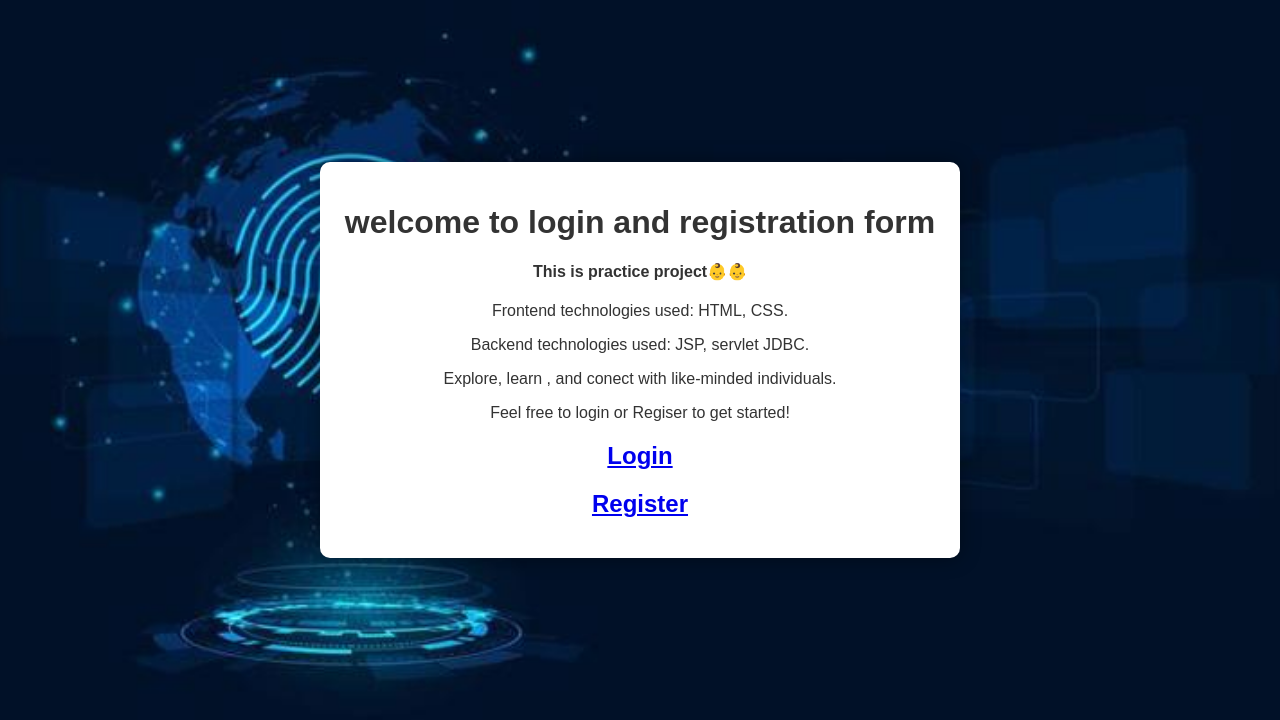
Repository: Rajivkumar2023/java-practice
Page: http://localhost/Login-Registration/
The author's editor kept a copy of each file at every save. The page is drawn from the files as they stood at one save, then again after the next save.
The browser window is 1280 px wide. The pictures show the whole page.
The page is served by Tomcat 10. Other server files are loaded and not shown.

Above is the page before, as saved 2024-07-31 09:24:54.

### Login-Registration/src/main/webapp/index.html
<!DOCTYPE html>
<html>
<head>
<meta charset="UTF-8">
<title>Insert title here</title>
<link rel="stylesheet" type="text/css" href="index.css">
</head>
<body>
<div class="containter">
	<h1> welcome to login and registration form</h1>
	<h4><b>This is practice project👶👶</b></h4>
	<p>Frontend technologies used: HTML, CSS. </p>
	<P> Backend technologies used: JSP, servlet JDBC.</P>
	<P> Explore, learn , and conect with like-minded individuals.</P>
	<p> Feel free to login or Regiser to get started!</p>
	<div class="links">
		<a href="login.jsp"><h2>Login</h2></a>

		<a href="register.jsp"><h2>Register</h2></a>
	</div>
</div>
</body>
</html>

### Login-Registration/src/main/webapp/index.css
@charset "UTF-8";
body{
	align-items:center;
	background-color:#BEFD6C;
	font-family:'Arial', sans-sarif;
	justify-content:center;
	height:100vh;
	margin:0;
	background-color:#BEFD6C;
	background-image:url('background_img.jpg');
	background-size:cover;
	background-position:center center;
	background-repeat: no-repeat;
	color:#333;
	display:flex;
	flex-direction:column;
}
.containter{
	width:600px;
	padding:20px;
	border-radius:10px;
	box-shadow: 0 0 20px rgba(0,0,1,0.4);
	background-color:white;
	text-align:center;

}

After the next save:
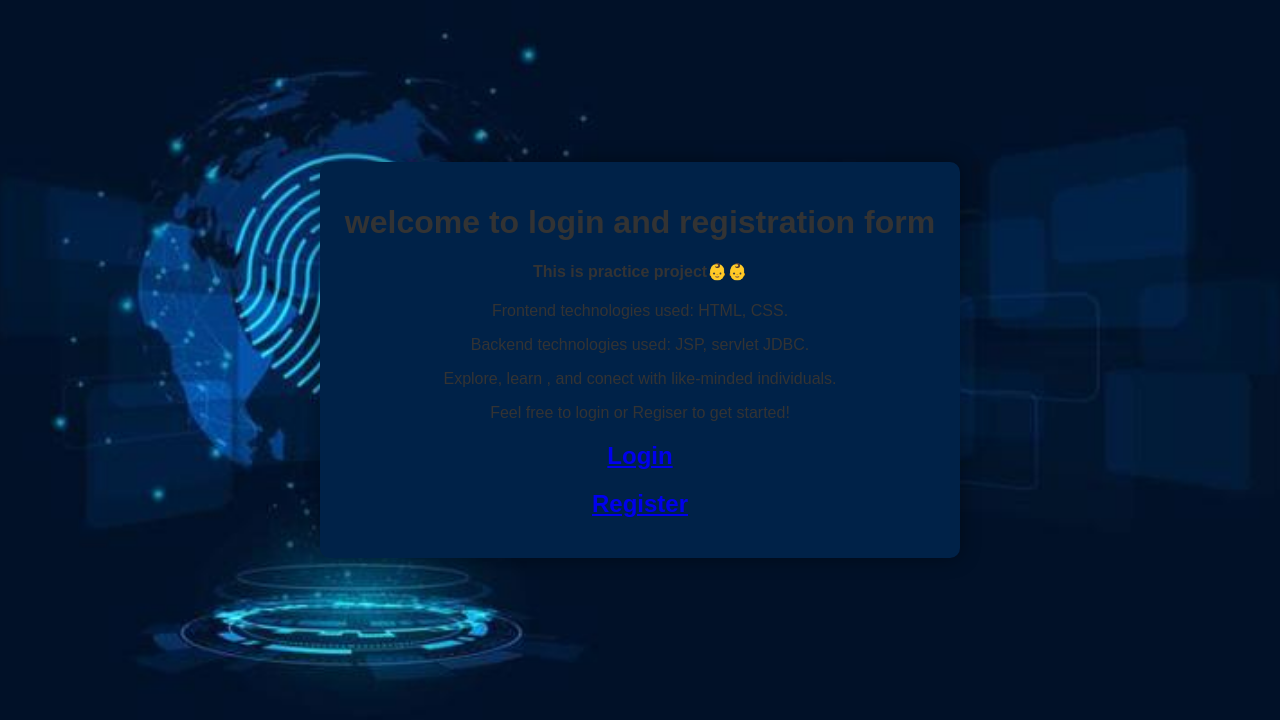
Saved 104 s later.
--- a/Login-Registration/src/main/webapp/index.css
+++ b/Login-Registration/src/main/webapp/index.css
@@ -20,7 +20,7 @@ body{
 	padding:20px;
 	border-radius:10px;
 	box-shadow: 0 0 20px rgba(0,0,1,0.4);
-	background-color:white;
+	background-color:#002248;
 	text-align:center;
 
 }
